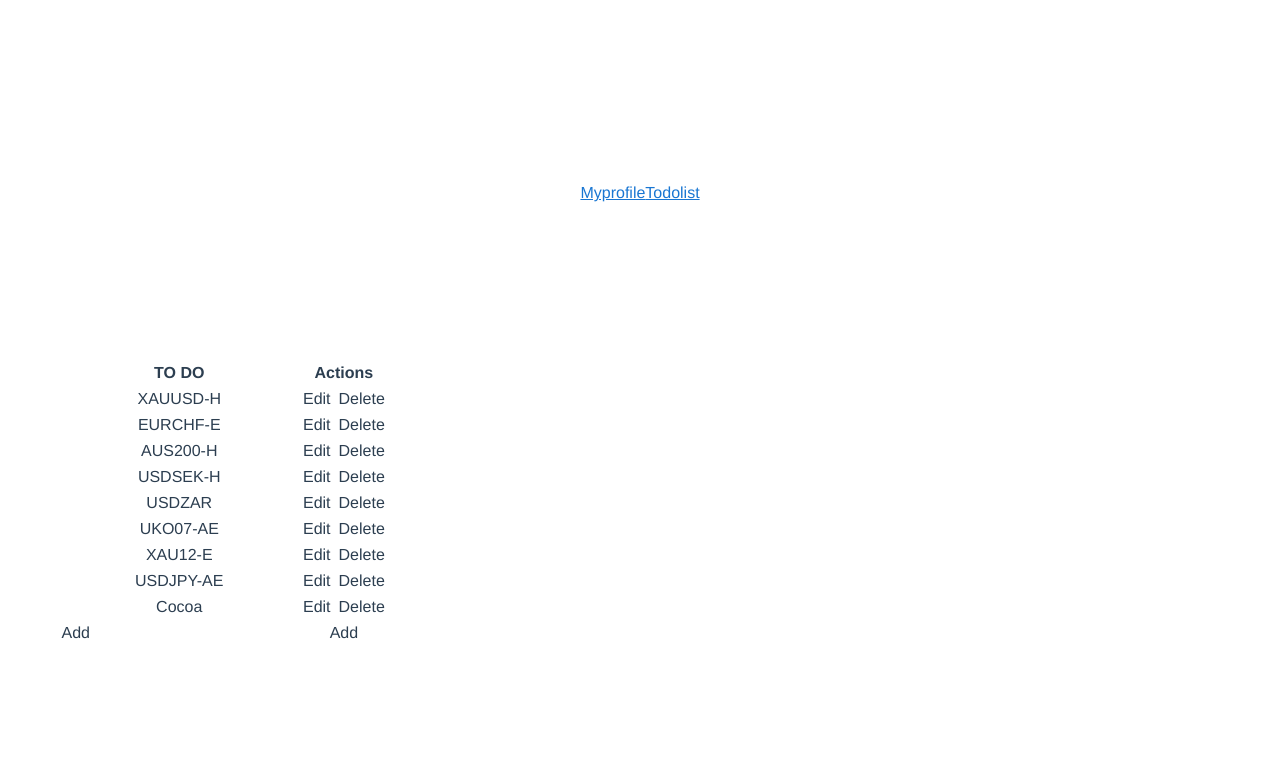
Repository: Shanshan67/todolist
Page: /#/todolist
The author's editor kept a copy of each file at every save. The page is drawn from the files as they stood at one save, then again after the next save.
The browser window is 1280 px wide. The pictures show the whole page.
The project was rebuilt for these pictures with package versions that can differ from the ones it lists, and the page was loaded fresh each time. Requests to the local data server were answered from the project's data file. Also part of the build but not shown: src/pages/Dashboard.vue, src/components/Search.vue, src/components/List.vue, src/pages/Myprofile.vue.

Above is the page before, as saved 2022-07-20 18:39:41.

### index.html
<!DOCTYPE html>
<html>
  <head>
    <meta charset="utf-8">
    <meta name="viewport" content="width=device-width,initial-scale=1.0">
    <link href="https://fonts.googleapis.com/css?family=Roboto:100,300,400,500,700,900" rel="stylesheet">
    <link href="https://cdn.jsdelivr.net/npm/@mdi/font@6.x/css/materialdesignicons.min.css" rel="stylesheet">
    <title>baoge</title>
  </head>
  <body>
    <div id="app"></div>
    <!-- built files will be auto injected -->
  </body>
</html>

### src/main.js
// The Vue build version to load with the `import` command
// (runtime-only or standalone) has been set in webpack.base.conf with an alias.
import Vue from 'vue'
import App from './App'
import router from './router'
import store from './store'
import './plugins/vuetify'
import vuetify from '@/plugins/vuetify'

Vue.config.productionTip = false

/* eslint-disable no-new */
new Vue({
  el: '#app',
  router,
  store,
  vuetify,
  components: { App },
  template: '<App/>'
})

### src/App.vue
<template>
  <v-app>
    <v-content>
      <HelloWorld/>
    </v-content>
    <v-content>
      <router-link to="/profile">Myprofile</router-link>
      <router-link to="/todolist">Todolist</router-link>
    </v-content>
    <v-content>
      <router-view/>
    </v-content>
  </v-app>
</template>

<script>
import Dashboard from './pages/Dashboard.vue';
export default {
    name: "App",
    components: { Dashboard }
}
</script>

<style>
#app {
  font-family: 'Avenir', Helvetica, Arial, sans-serif;
  -webkit-font-smoothing: antialiased;
  -moz-osx-font-smoothing: grayscale;
  text-align: center;
  color: #2c3e50;
  margin-top: 60px;
}
</style>

### src/router/index.js
import Vue from 'vue'
import Router from 'vue-router'
import Dashboard from '@/pages/Dashboard'
import Myprofile from '../pages/Myprofile'
import Todolist from '../pages/Todolist'

Vue.use(Router)

export default new Router({
  routes: [
    {
      path: '/',
      name: 'Dashboard',
      component: Dashboard
    },
    {
			path:'/profile',
			component:Myprofile
		},
		{
			path:'/todolist',
			component:Todolist
		}
  ]
})

### src/store/index.js
import Vue from 'vue'
import Vuex from 'vuex'
import Axios from "axios"

Vue.use(Vuex)

const todoUrl = "http://localhost:3000/todos";

const actions = {
	searchName(context,value){
		Axios.get(`${todoUrl}/${value}`).then(response => {
            context.commit('searchName', response.data);
			console.log(response.data)
        });
	}
}


const mutations = {
	searchName(state,data){
		state.users = data
	}
}

const state = {
	users:[]
}

export default new Vuex.Store({
	state,
	actions,
	mutations
})

### src/plugins/vuetify.js
// src/plugins/vuetify.js

import Vue from 'vue'
import Vuetify from 'vuetify'
import 'vuetify/dist/vuetify.min.css'

Vue.use(Vuetify, {
    iconfont: 'md',
    theme:{
        primary: '#962ff',
        success: '#3cd1c2',
        info: '#ffaa2c',
        error: '#f83e70',
    }
})

const opts = {}

export default new Vuetify(opts)

### src/pages/Todolist.vue
<template>
	<div class="container">
		<div class="row">
			<div class="col-12">
				<table class="table table-bordered mt-5">
					<thead>
						<tr>
							<th>TO DO</th>
							<th>Actions</th>
						</tr>
					</thead>
					<tbody>
						<tr v-for="(item, i) in todoList" :key="i">
							<td class="align-middle w-75">
								{{item.name}}
							</td>
							<td class="align-middle text-center w-75">
								<button
									class="btn btn-info btn-sm mx-1"
									@click="handleEdit(item.id)"
								>
									Edit
								</button>
								<button
									class="btn btn-danger btn-sm mx-1"
									@click="handleDelete(item.id)"
								>
									Delete
								</button>
							</td>
						</tr>
					</tbody>
					<tfoot>
						<td class="align-middle text-center w-75">
							<div class="form-group">
								<label for="">{{
									editMode ? "Edit" : "Add"
								}}</label>
								<input
									type="text"
									class="form-control"
									v-model="todoItem.name"
								/>
							</div>
						</td>
						<td class="align-middle text-center w-25">
							<button
								class="btn btn-primary btn-sm mx-1"
								@click="handleToDoItem"
							>
								{{ editMode ? "Edit" : "Add" }}
							</button>
							<button
								v-if="editMode"
								class="btn btn-danger btn-sm mx-1"
								@click="handleCancel"
							>
								Cancel
							</button>
						</td>
					</tfoot>
				</table>
			</div>
		</div>
	</div>
</template>

<script>
	import Axios from "axios";
	const todoUrl = "http://localhost:3000/todos";
	export default {
		name:'Todolist',
		data() {
			return {
				todoList:[],
				todoItem:{},
				editMode:false
			}
		},
		methods: {
			handleEdit(id){
				this.editMode=true;
				this.todoItem=this.todoList.find((item) => item.id == id);
			},
			handleCancel() {
				this.editMode=false;
				this.todoItem="";
			},
			async handleToDoItem(){
				const id=this.todoItem.id;
				if(this.editMode){
					await Axios.put(`${todoUrl}/${id}`, this.todoItem);
					this.editMode=false;
					this.todoItem.name="";
				}else{
					await Axios.post(todoUrl, this.todoItem);
					this.todoItem.name = "";
				}
				Axios.get(todoUrl).then((response) => (this.todoList = response.data));
			},
			async handleDelete(id) {
				await Axios.delete(`${todoUrl}/${id}`);
				Axios.get(todoUrl).then((response) => (this.todoList = response.data));
			}
		},
		created() {
			Axios.get(todoUrl).then((response) => (this.todoList = response.data));
		}
	}
</script>

### db.json
{
  "todos": [
    {
      "id": 2,
      "server_id": 3,
      "name": "XAUUSD-H",
      "description": "Gold vs USD",
      "currency": "USD",
      "type": 4,
      "digits": 2,
      "trade": 0,
      "swap_long": -1.83625,
      "swap_short": 1.82325,
      "contract_size": 100
    },
    {
      "id": 3,
      "server_id": 3,
      "name": "EURCHF-E",
      "description": "Euro vs Swiss Franc",
      "currency": "EUR",
      "type": 6,
      "digits": 5,
      "trade": 0,
      "swap_long": 0.027,
      "swap_short": -0.825,
      "contract_size": 100000
    },
    {
      "id": 4,
      "server_id": 3,
      "name": "AUS200-H",
      "description": "S&P/ASX200",
      "currency": "AUD",
      "type": 4,
      "digits": 2,
      "trade": 0,
      "swap_long": 0.68,
      "swap_short": -1.06,
      "contract_size": 1
    },
    {
      "id": 5,
      "server_id": 3,
      "name": "USDSEK-H",
      "description": "US Dollar vs Swedish Krona",
      "currency": "USD",
      "type": 4,
      "digits": 5,
      "trade": 0,
      "swap_long": 0.256,
      "swap_short": -1.44,
      "contract_size": 100000
    },
    {
      "id": 6,
      "server_id": 3,
      "name": "USDZAR",
      "description": "US Dollar vs South African Rand",
      "currency": "USD",
      "type": 0,
      "digits": 5,
      "trade": 2,
      "swap_long": -23.004,
      "swap_short": 5.88,
      "contract_size": 100000
    },
    {
      "id": 8,
      "server_id": 3,
      "name": "UKO07-AE",
      "description": "Brent Crude Oil Cash Future 0124-0530",
      "currency": "USD",
      "type": 29,
      "digits": 3,
      "trade": 0,
      "swap_long": -8.604,
      "swap_short": 4.626,
      "contract_size": 1000
    },
    {
      "id": 9,
      "server_id": 3,
      "name": "XAU12-E",
      "description": "Gold Future",
      "currency": "USD",
      "type": 4,
      "digits": 2,
      "trade": 0,
      "swap_long": -11.088,
      "swap_short": 0.792,
      "contract_size": 100
    },
    {
      "id": 10,
      "server_id": 3,
      "name": "USDJPY-AE",
      "description": "US Dollar vs Japanese Yen",
      "currency": "USD",
      "type": 27,
      "digits": 3,
      "trade": 0,
      "swap_long": 1.35,
      "swap_short": -4.191,
      "contract_size": 100000
    },
    {
      "id": 11,
      "server_id": 3,
      "name": "Cocoa",
      "description": "US Cocoa",
      "currency": "USD",
      "type": 20,
      "digits": 1,
      "trade": 0,
      "swap_long": -12.3289,
      "swap_short": 7.3873,
      "contract_size": 10
    }
  ]
}

After the next save:
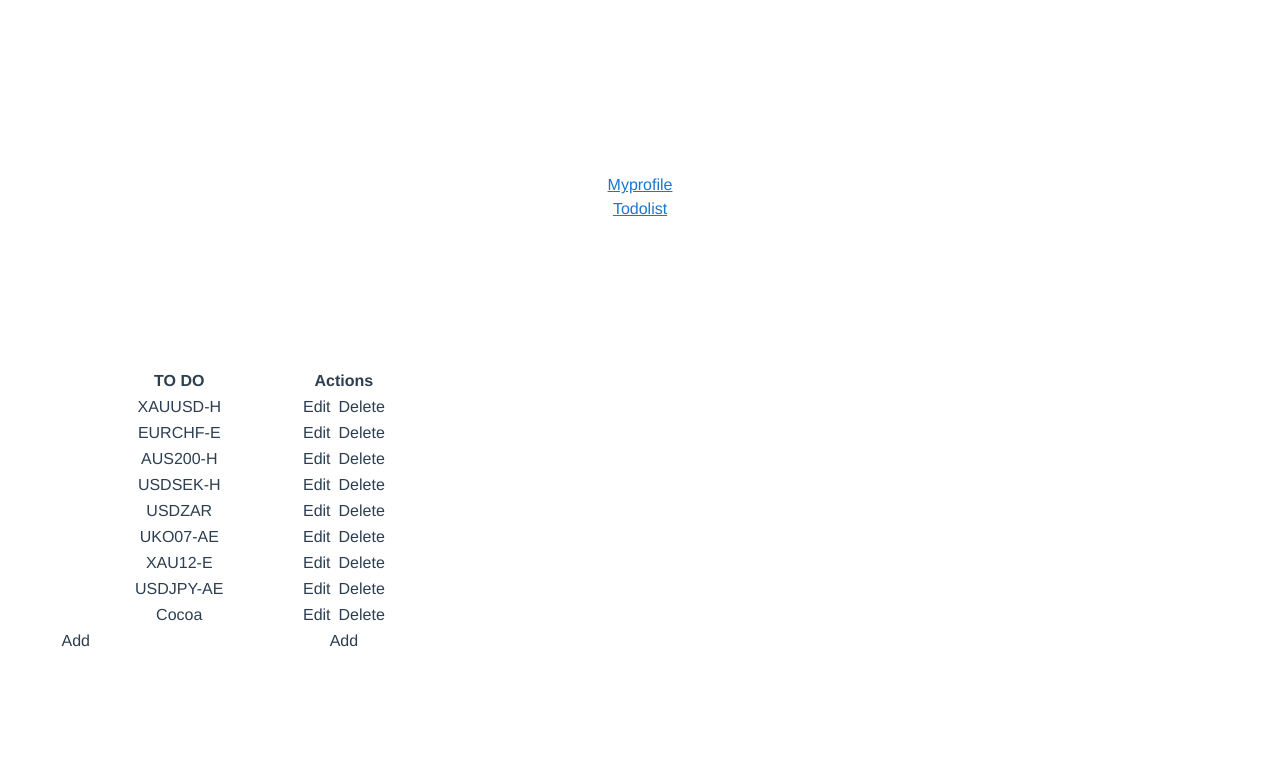
Saved 85 s later.
--- a/src/App.vue
+++ b/src/App.vue
@@ -5,6 +5,7 @@
     </v-content>
     <v-content>
       <router-link to="/profile">Myprofile</router-link>
+      <v-spacer></v-spacer>
       <router-link to="/todolist">Todolist</router-link>
     </v-content>
     <v-content>
